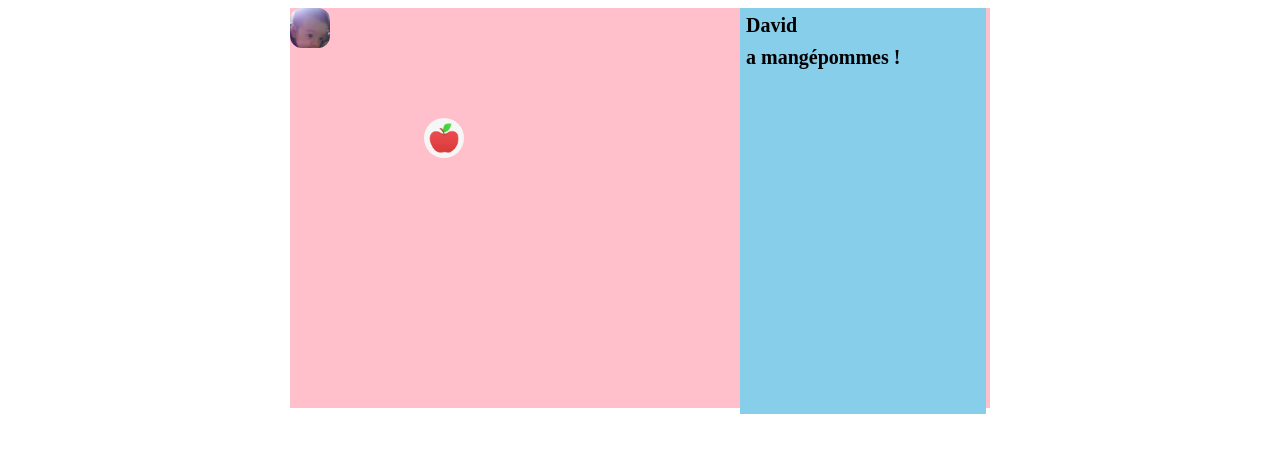
Repository: clairedupuich/kong_jian
Page: snake_game/snake.html
An editor plug-in stored every save of this project. The page is shown before and after a run of saves, followed by the edit.
The browser window is 1280 px wide. The pictures show the whole page.

Above is the page before, as saved 2020-12-18 15:08:31.

### snake_game/snake.html
<!DOCTYPE html>
<html lang="en">
<head>
    <meta charset="UTF-8">
    <meta name="viewport" content="width=device-width, initial-scale=1.0">
    <title>snake</title>
    <link rel='stylesheet' href='snake.css' />
</head>
<body>

    <div class="face">
        <!-- 小蛇移动的操场 -->
        <div id="playground">
            <!-- 食物 界面中的蓝色小方块-->
            <div id="food"></div>
            <!-- 小蛇 界面中的红色小方块-->
            <div id="snack"></div>
        </div>
        <!-- 计算得分 -->
        <div class="menu">
            <div>David <br> a mangé<span id="score"></span>pommes !</div>
        </div>
    </div>



    <script type='text/javascript' src='snake.js'></script>
</body>
</html>

### snake_game/snake.css
.face{
    height: 400px;
    width: 700px;
    margin-left: auto;
    margin-right: auto;
    position: relative;
    background-color: pink;
}
#playground{
    height: 400px;
    width: 450px;
    float: left;
    position: relative;
}
.menu{
    padding: 6px;
    height: 394px;
    width: 234px;
    float: left;
    background-color: skyblue;
}
#snack{
    height: 40px;
    width: 40px;
   /*  background-color: red; */
    background-image: url(img/game_snake.png);
    background-position: center;
    background-size: cover;
    border-radius: 30%;
    position: absolute;
    left: 0px;
    top:0px;
}
#food{
    height: 40px;
    width: 40px;
   /*  background: blue; */
   background-image: url(img/téléchargement.jpeg);
   border-radius: 50%;
    background-position: center;
    background-size: cover;
    position: absolute;
}
.body{
    height: 20px;
    width: 20px;
    background: green;
    border-radius: .3em;
    position: absolute;
    left: 0px;
    top:0px;
}
#score{
    font-size: 30px;
    font-weight: bold;
    color: red;
}
.menu div{
    font-size: 20px;
    font-weight: bold;
}

作者：IT程序狮
链接：https://juejin.cn/post/6844903459297181703
来源：掘金
著作权归作者所有。商业转载请联系作者获得授权，非商业转载请注明出处。

### snake_game/snake.js
//获取元素节点
var jsDiv = document.getElementById("playground");
var jsSnack = document.getElementById("snack");
var jsStart = document.getElementById("start");
var jsFood = document.getElementById("food");
var jsBody = document.getElementById("playground");
var jsScore = document.getElementById("score");
//设置全局变量
var timer;//创建定时器为全局变量
var timer1 = setInterval(eat,10);//检测位置碰撞，并且吃掉食物；
var srr = [];//记录蛇行动的位置
var num = 0 ;//记录数组的长度
var jsSnackBody ;//么米吃掉一个食物，蛇的身体

    //开始游戏
    document.onkeydown = function(e){
        var evt = e || window.event;
            switch(evt.keyCode) {
            //向左移动
            case 37:
                clearInterval(timer);
                timer=window.setInterval(runLeft,10)
                function runLeft(){
                    if (jsSnack.offsetLeft > 0) {
                        jsSnack.style.left = jsSnack.offsetLeft - 1+ "px";
                        jsSnack.style.top = jsSnack.offsetTop + "px";
                        //记录小蛇的位置
                        srr.push([jsSnack.offsetLeft, jsSnack.offsetTop]);
                        num++;//记录数组的长度
                    }
                }
            break;
            //向上移动
            case 38:
                clearInterval(timer);
                timer=window.setInterval(runTop,10);
                function runTop(){
                    if (jsSnack.offsetTop > 0) {
                        jsSnack.style.top = jsSnack.offsetTop - 1 + "px";
                        jsSnack.style.left = jsSnack.offsetLeft + "px";
                        //记录小蛇的位置
                        srr.push([jsSnack.offsetLeft, jsSnack.offsetTop]);
                        num++;//记录数组的长度
                    }
                }

            break;
            //向右移动
            case 39:
                clearInterval(timer);
                timer=window.setInterval(runRight,10);
                function runRight(){
                    if (jsSnack.offsetLeft + jsSnack.offsetWidth <= 450) {
                        jsSnack.style.left = jsSnack.offsetLeft + 1 + "px";
                        jsSnack.style.top = jsSnack.offsetTop + "px";
                        //记录小蛇的位置
                        srr.push([jsSnack.offsetLeft, jsSnack.offsetTop]);
                        num++;//记录数组的长度
                    }
                }
            break;
            //向下移动
            case 40:
                clearInterval(timer);
                timer=window.setInterval(runBottom,10);
                function runBottom(){
                    if (jsSnack.offsetTop + jsSnack.offsetHeight <= 400) {
                        jsSnack.style.top = jsSnack.offsetTop + 1 + "px";
                        jsSnack.style.left = jsSnack.offsetLeft + "px";
                        //记录小蛇的位置
                        srr.push([jsSnack.offsetLeft, jsSnack.offsetTop]);
                        num++;//记录数组的长度
                    }
                }
            break;
        }
    }

        //食物随机出现
        function Pos(){
            jsFood.style.left=parseInt(Math.random() * (430 - 20 + 1) + 20) + "px";
            jsFood.style.top=parseInt(Math.random() * (380 - 20 + 1) + 20) + "px";
        }
        Pos();

        function eat(){
            rectangleCrashExamine(jsSnack,jsFood);
            function rectangleCrashExamine(obj1, obj2) {
                var obj1Left = obj1.offsetLeft;
                var obj1Width = obj1.offsetLeft + obj1.offsetWidth;
                var obj1Top = obj1.offsetTop;
                var obj1Height = obj1.offsetTop + obj1.offsetHeight;
                var obj2Left = obj2.offsetLeft;
                var obj2Width = obj2.offsetLeft + obj2.offsetWidth;
                var obj2Top = obj2.offsetTop;
                var obj2Height = obj2.offsetTop + obj2.offsetHeight;
                //检测碰撞
                //碰撞检测原理：
                    //蛇在实物的左边、右边、上边、下边的时候，说明没有发生碰撞，那么我们取反，就说明发生碰撞
                if ( !(obj1Left > obj2Width || obj1Width < obj2Left || obj1Top > obj2Height || obj1Height < obj2Top) ) {
                    //碰撞后身体
                    jsSnackBody = document.createElement("div");
                    jsSnackBody.setAttribute("class","body");
                    jsBody.appendChild(jsSnackBody);
                    Pos();//怪物的位置随机变换
                    setInterval(follow,10);//身体跟随的定时器
                }
            }
        }


        function follow(){
            //检查一共添加了多少身体
            var bodyNum = document.getElementsByClassName("body");
            //记录得分
            jsScore.innerHTML = bodyNum.length;
            //蛇每次移动1个像素，那么新的身体应该跟随在当前数组的倒数第20个数组的位置;依次加等;
            var place = 0 ;
            for( var i = 0 ; i<bodyNum.length ; i++){
                place += 20;
                bodyNum[i].style.left=srr[num-place][0] + 'px';
                bodyNum[i].style.top=srr[num-place][1] + 'px';
            }
        }

After the next 2 saves:
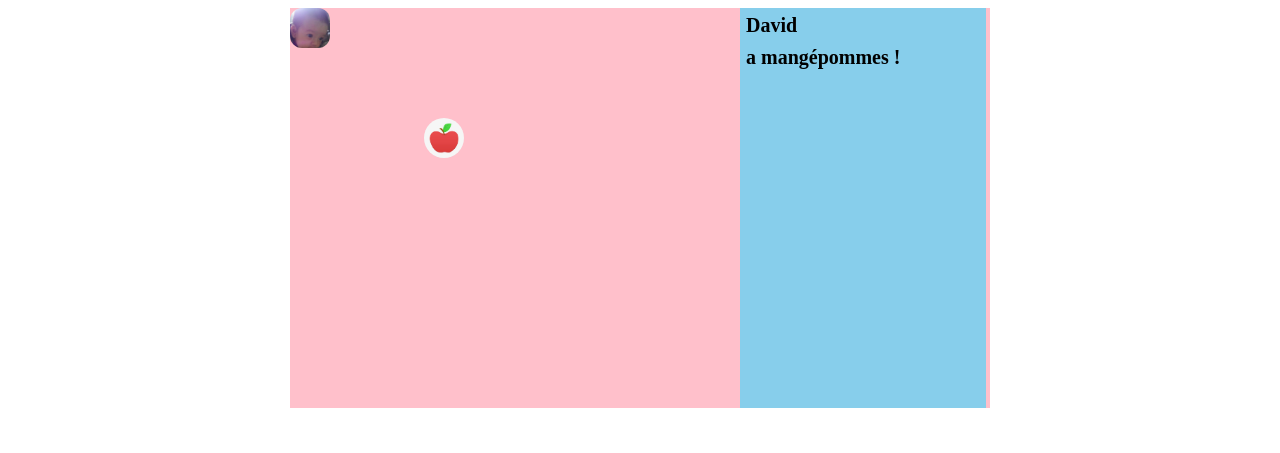
The 2 saves are shown as one change because they came seconds apart.
The last was saved 6 s later.
--- a/snake_game/snake.css
+++ b/snake_game/snake.css
@@ -14,7 +14,7 @@
 }
 .menu{
     padding: 6px;
-    height: 394px;
+    height: 388px;
     width: 234px;
     float: left;
     background-color: skyblue;
